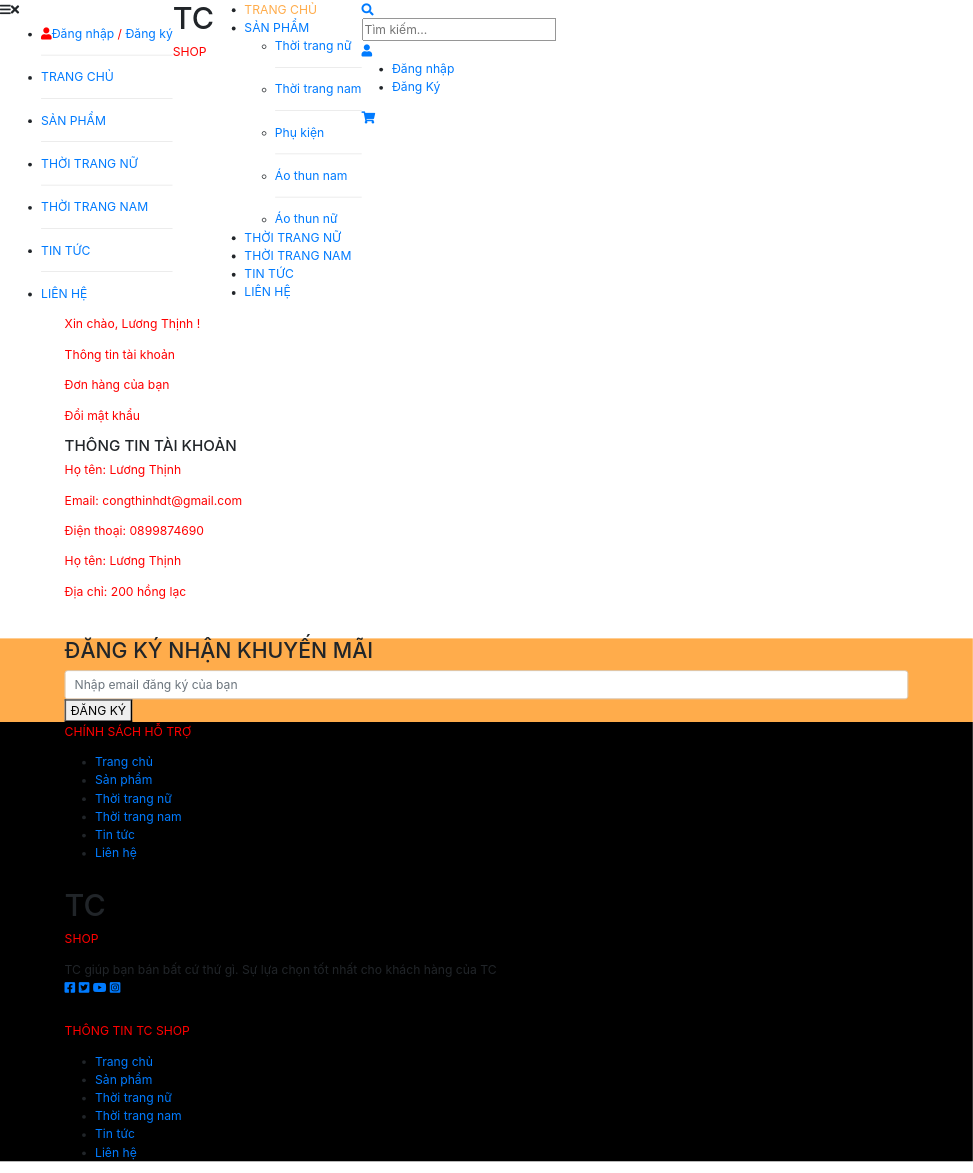
Repository: congthinh1701/TCshop
Page: ThongTinTaiKhoan.html
The author's editor kept a copy of each file at every save. The page is drawn from the files as they stood at one save, then again after the next save.
The browser window is 1280 px wide. The pictures show the whole page, at 76% of full size.
The style sheet was rebuilt from its Sass, Less or Tailwind sources for each picture, by a compiler version that may differ from the author's.

Above is the page before, as saved 2021-09-08 17:01:08.

### ThongTinTaiKhoan.html
<!DOCTYPE html>
<html lang="en">
<head>
    <meta charset="UTF-8">
    <meta http-equiv="X-UA-Compatible" content="IE=edge">
    <meta name="viewport" content="width=device-width, initial-scale=1.0">
    <title>Document</title>
    <link rel="stylesheet" href="fontawesome-free-5.15.4-web/css/all.css">
    <link rel="stylesheet" href="sass/style.css">
</head>
<body>
    <div id="headerID"> <!-- your header --> </div>
    <div class="container">
        <div class="trang-tai-khoan">
            <div class="trang-tai-khoan-hello">
                <p><span>Xin chào, </span>Lương Thịnh !</p>
            </div>
            <div class="trang-tai-khoan-thong-tin">
                <p>Thông tin tài khoản</p>
            </div>
            <div class="trang-tai-khoan-hello">
                <p>Đơn hàng của bạn</p>
            </div>
            <div class="trang-tai-khoan-hello">
                <p>Đổi mật khẩu</p>
            </div>
        </div>
        <div class="thong-tin-tai-khoan">
            <h5>THÔNG TIN TÀI KHOẢN</h5>
            <div class="thong-tin-tai-khoan-name">
                <p><span>Họ tên: </span>Lương Thịnh</p>
                <p><span>Email: </span>congthinhdt@gmail.com</p>
                <p><span>Điện thoại: </span>0899874690</p>
                <p><span>Họ tên: </span>Lương Thịnh</p>
                <p><span>Địa chỉ: </span>200 hồng lạc</p>
            </div>
        </div>
    </div>
    <div id="footerID"> <!-- your header --> </div>
    <script src="https://cdnjs.cloudflare.com/ajax/libs/jquery/3.6.0/jquery.min.js" integrity="sha512-894YE6QWD5I59HgZOGReFYm4dnWc1Qt5NtvYSaNcOP+u1T9qYdvdihz0PPSiiqn/+/3e7Jo4EaG7TubfWGUrMQ==" crossorigin="anonymous" referrerpolicy="no-referrer"></script>
    <script>
        $("#headerID").load("header.html");
        $("#footerID").load("footer.html");
      </script>
</body>
</html>

### header.html
<!DOCTYPE html>
<html lang="en">
<head>
    <meta charset="UTF-8">
    <meta http-equiv="X-UA-Compatible" content="IE=edge">
    <meta name="viewport" content="width=device-width, initial-scale=1.0">
    <title>Document</title>
    <link rel="stylesheet" href="assets/css/style.css">
    <link rel="stylesheet" href="assets/css/base.css">
    <link rel="stylesheet" href="fontawesome-free-5.15.4-web/css/all.css">
    <link rel="stylesheet" href="https://maxcdn.bootstrapcdn.com/bootstrap/4.1.3/css/bootstrap.min.css">
    <script src="https://maxcdn.bootstrapcdn.com/bootstrap/4.1.3/js/bootstrap.min.js"></script>
</head>
<body>
    <div class="container-lg">
        <div class="nav">
            <label for="nav-mobile-input" class="nav_bars-btn">
                <i class="fas fa-bars"></i>
            </label>

            <input hidden type="checkbox" name="" class="nav_input" id="nav-mobile-input">
            <label for="nav-mobile-input" class="nav_overlay"></label>
            <nav class="nav-mobile">
                <label for="nav-mobile-input" class="nav__mobile-close">
                    <i class="fas fa-times"></i>
                </label>
                <ul class="nav__mobile-list">

                    <li class="nav__mobile-list-user">

                        <p><i class="fas fa-user"></i><a href="#">Đăng nhập</a> <span>/</span> <a href="#">Đăng ký</a>
                        </p>
                    </li>
                    <hr>
                    <li>
                        <a href="" class="nav__mobile-link">TRANG CHỦ</a>
                    </li>
                    <hr>
                    <li>
                        <a href="" class="nav__mobile-link">SẢN PHẨM</a>
                    </li>
                    <hr>
                    <li>
                        <a href="" class="nav__mobile-link">THỜI TRANG NỮ</a>
                    </li>
                    <hr>
                    <li>
                        <a href="" class="nav__mobile-link">THỜI TRANG NAM</a>
                    </li>
                    <hr>
                    <li>
                        <a href="" class="nav__mobile-link">TIN TỨC</a>
                    </li>
                    <hr>
                    <li>
                        <a href="" class="nav__mobile-link">LIÊN HỆ</a>
                    </li>
                </ul>
            </nav>
            <div class="nav-logo">
                <h1>TC</h1>
                <p>SHOP</p>
            </div>
            <nav class="nav-pc">
                <ul class="nav__list">
                    <li>
                        <a style="color:#ffac4b" href="home.html" class="nav__link">TRANG CHỦ</a>
                    </li>
                    <li class="options">
                        <a href="" class="nav__link">SẢN PHẨM</a>
                        <div class="nav__link-options">
                            <ul class="nav__link-options-list">
                                <li><a href="#">Thời trang nữ</a></li>
                                <hr>
                                <li><a href="#">Thời trang nam</a></li>
                                <hr>
                                <li><a href="#">Phụ kiện</a></li>
                                <hr>
                                <li><a href="#">Áo thun nam</a></li>
                                <hr>
                                <li><a href="#">Áo thun nữ</a></li>
                            </ul>
                        </div>
                    </li>
                    <li>
                        <a href="" class="nav__link">THỜI TRANG NỮ</a>
                    </li>
                    <li>
                        <a href="" class="nav__link">THỜI TRANG NAM</a>
                    </li>
                    <li>
                        <a href="" class="nav__link">TIN TỨC</a>
                    </li>
                    <li>
                        <a href="" class="nav__link">LIÊN HỆ</a>
                    </li>
                </ul>
            </nav>
            <div class="nav-right">
                <div class="search">
                    <a href="#"><i class="fas fa-search"></i></a>
                    <div class="search-hover">
                        <form>
                            <input class="search" type="text" name="search" placeholder="Tìm kiếm..." />
                        </form>
                    </div>
                </div>
                <div class="user">
                    <a href="#"> <i class="fas fa-user"></i></a>
                    <div class="user-hover">
                        <ul class="user-hover-list">
                            <li class="nav_link"><a href="#">Đăng nhập</a></li>
                            <li><a href="#">Đăng Ký</a></li>
                        </ul>
                    </div>
                </div>
                <div class="shopping">
                    <a href="card.html"><i class="fas fa-shopping-cart"></i></a>

                </div>
            </div>


        </div>
    </div>
</body>
</html>

### footer.html
<!DOCTYPE html>
<html lang="en">
<head>
    <meta charset="UTF-8">
    <meta http-equiv="X-UA-Compatible" content="IE=edge">
    <meta name="viewport" content="width=device-width, initial-scale=1.0">
    <title>Document</title>
    <link rel="stylesheet" href="assets/css/style.css">
    <link rel="stylesheet" href="assets/css/base.css">
    <link rel="stylesheet" href="fontawesome-free-5.15.4-web/css/all.css">
    <link rel="stylesheet" href="https://maxcdn.bootstrapcdn.com/bootstrap/4.1.3/css/bootstrap.min.css">
    <script src="https://maxcdn.bootstrapcdn.com/bootstrap/4.1.3/js/bootstrap.min.js"></script>
</head>
<body>
    <div class="container-lg" style="background-color: #ffac4b; margin-top: 50px;">
        <div class="container dangky">
            <div class="dangky-left">
                <h3>ĐĂNG KÝ NHẬN KHUYẾN MÃI</h3>
            </div>
            <div class="dangky-right">
                <form>
                    <input class="form-control" type="text" placeholder="Nhập email đăng ký của bạn">
                    <button type="button">ĐĂNG KÝ</button>
                </form>
            </div>
        </div>
    </div>

    <div class="container-lg" style="background-color: black">
        <div class="container footer">
            <div class="chinhsach-hotro">
                <p class="header">CHÍNH SÁCH HỖ TRỢ</p>
                <ul class="nav-list">
                    <li class="nav_link"><a href="#">Trang chủ</a></li>
                    <li class="nav_link"><a href="#">Sản phẩm</a></li>
                    <li class="nav_link"><a href="#">Thời trang nữ</a></li>
                    <li class="nav_link"><a href="#">Thời trang nam</a></li>
                    <li class="nav_link"><a href="#">Tin tức</a></li>
                    <li class="nav_link"><a href="#">Liên hệ</a></li>
                </ul>
            </div>
            <hr>
            <div class="ketnoi-shop">
                <h1>TC</h1>
                <p>SHOP</p>
                <span>TC giúp bạn bán bất cứ thứ gì. Sự lựa chọn tốt nhất cho khách hàng của TC</span>
                <div class="mangxahoi">
                    <a href="#"><i class="fab fa-facebook-square"></i></a>
                    <a href="#"><i class="fab fa-twitter-square"></i></a>
                    <a href="#"><i class="fab fa-youtube"></i></a>
                    <a href="#"><i class="fab fa-instagram-square"></i></a>
                </div>
            </div>
            <hr>
            <div class="thongtin-shop">
                <p class="header">THÔNG TIN TC SHOP</p>
                <ul class="nav-list">
                    <li class="nav_link"><a href="#">Trang chủ</a></li>
                    <li class="nav_link"><a href="#">Sản phẩm</a></li>
                    <li class="nav_link"><a href="#">Thời trang nữ</a></li>
                    <li class="nav_link"><a href="#">Thời trang nam</a></li>
                    <li class="nav_link"><a href="#">Tin tức</a></li>
                    <li class="nav_link"><a href="#">Liên hệ</a></li>
                </ul>
            </div>
        </div>
    </div>
</body>
</html>

### assets/css/base.css
:root{
    --primary-color:#EE4D2D;
    --primary-color-rgba:rgb(238,75,43);
    --white-color:#fff;
    --black-color:#000;
    --text-color:#333333;
    --font-weight:700;
    --font-size-product:19px;
    --font-weight-product:400;
    --font-size-price:18px;
    --header-height:120px;
    --navbar-height:34px;
    --header-with-search-height:calc(var(var(--header-height)-var(var(--navbar-height))))

}

### sass/style.scss

$text-color:red;
$text-fontSize:20px;
$text-fontSizeTK:22px;
$fontWeight:500;
p{
    color: $text-color;
}

Loaded but not shown: fontawesome-free-5.15.4-web/css/all.css (library)

After the next save:
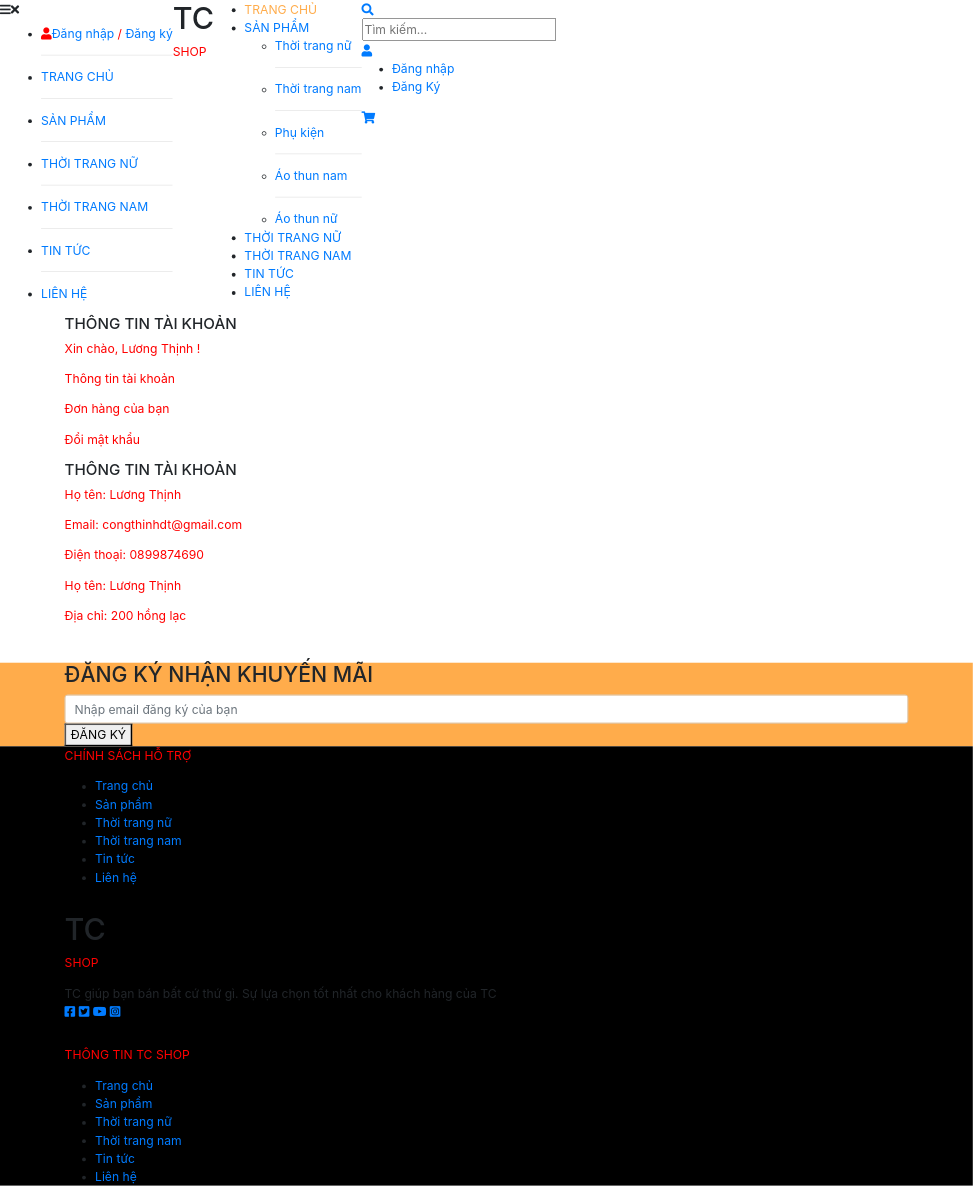
Saved 8 s later.
--- a/ThongTinTaiKhoan.html
+++ b/ThongTinTaiKhoan.html
@@ -12,6 +12,7 @@
     <div id="headerID"> <!-- your header --> </div>
     <div class="container">
         <div class="trang-tai-khoan">
+            <h5>THÔNG TIN TÀI KHOẢN</h5>
             <div class="trang-tai-khoan-hello">
                 <p><span>Xin chào, </span>Lương Thịnh !</p>
             </div>
